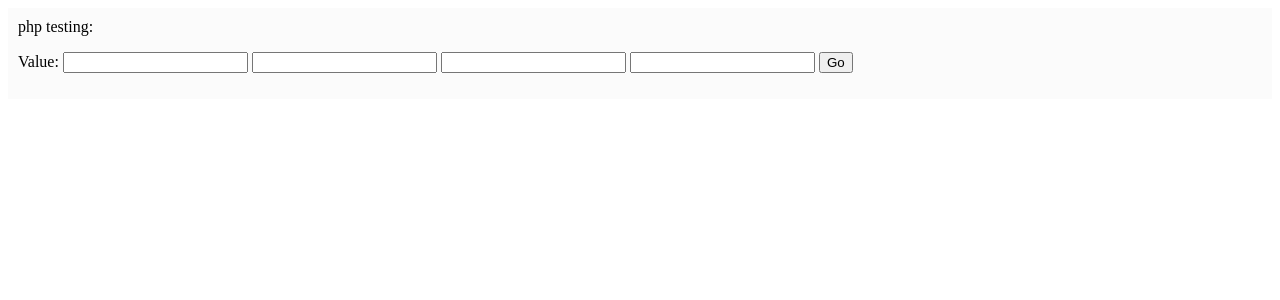
Repository: githubnorm/privat
Page: http://localhost/
An editor plug-in stored every save of this project. The page is shown before and after the next save, followed by the edit.
The browser window is 1280 px wide. The pictures show the whole page.
Some web libraries are served in a nearby version. The page is run by PHP 8.4 with error messages shown; the project is at /var/www/html/. Queries for data that is not in the repository find no rows.

Above is the page before, as saved 2014-08-24 12:57:41.

### php/index.php
<!DOCTYPE HTML PUBLIC "-//W3C//DTD HTML 4.01 Transitional//EN" "http://www.w3.org/TR/html4/loose.dtd">
<html>
<head>
<title>php testing</title>
	<meta http-equiv="Content-Type" content="text/html; charset=UTF-8">
	<link rel="stylesheet" type="text/css" href="css/styles.css">
	<script src="http://ajax.googleapis.com/ajax/libs/jquery/1.11.1/jquery.min.js"></script>
	<script src="js/scripts.js"></script>
</head>
<body>
	<div id="main" style="margin: 0px; padding: 10px; background-color: #FBFBFB;">
		php testing:<br>
		<p>
			<form method="post" action="source/db_insert.php" onSubmit="return ajaxSubmit(this);">
				Value: <input type="text" name="location" />
				<input type="text" name="anfahrt" />
				<input type="text" name="jobs" />
				<input type="text" name="ratings" />
				<input type="submit" name="form_submit" value="Go" />
			</form>
		</p>
		<p>
			<span data-target="hot">
				<!-- db data -->
			</span>
		</p>
	</div>
</body>
</html>

### php/source/db_fetch.php
<?php
	include "db_connection.php";
	include "db_queries.php";
	$db_results = mysql_query($query_companies, $db_connection);

	if($db_results) {
		while ($row = mysql_fetch_array($db_results, MYSQL_NUM)) {
			printf("$row[0], $row[1], $row[2], $row[3], $row[4] [<span onclick='deleteRow($row[0])'>delete</span>]");
			echo "<br>";
		}
	} else {
		echo "Query failed!";
	}
	mysql_close($db_connection);
?>

### php/source/db_connection.php
<?php

	include "db_config.php";

	/* create connection */
	$db_connection=mysql_connect("$host[$db]","$name[$db]","$pw[$db]");

	/* Check connection */
	if ($db_connection) {
		$db_select=mysql_select_db($dbname[$db],$db_connection);
		if (!$db_select) {
			die("database not selected"); exit;
		}
	} else {
		die("connection faild"); exit;
	}

?>

### php/source/db_config.php
<?php

	$db = "test";
	//$db = "live";

	/*test system*/
	$host['test'] = "localhost";
	$name['test'] = "root";
	$pw['test'] = "";
	$dbname['test'] = "jobsearch_test";

	/*live system*/
	$host['live'] = "db540710562.db.1and1.com";
	$name['live'] = "dbo540710562";
	$pw['live'] = "SQLduke2982";
	$dbname['live'] = "db540710562";

?>

### php/source/db_queries.php
<?php

	$query_companies = "
		SELECT *
		FROM `companies`";

	$query_insert_test = "
		INSERT INTO
		`companies`(`location`, `anfahrt`, `job_ids`, `ratings`)
		VALUES ('Hamburg','U-Bahn','3','3')";

?>

### php/css/styles.css
/* cursor */
.busy {
	cursor: wait !important;
}

### php/js/scripts.js
var ajaxSubmit = function(formEl) {
	// fetch where we want to submit the form to
	var url = $(formEl).attr('action');

	// fetch the data for the form
	var data = $(formEl).serializeArray();

	$("*").addClass("busy");
	// setup the ajax request
	$.ajax({
		url: url,
		type: 'POST',
		data: data,
		dataType: 'json'
	}).done(function(rsp) {
		if(rsp.success) {
			loadData();
		}
	}).fail(function() {
		alert( "insert failed!" );
	})

	// return false so the form does not actually
	// submit to the page
	return false;
}

var loadData = function() {
	$.ajax({
		url: 'source/db_fetch.php',
		dataType: 'html',
		cache: false
	}).done(function(response) {
		$("[data-target='hot']").html(response);
		$("*").removeClass("busy");
	}).fail(function() {
		alert( "fetch failed!" );
	})
	return false;
}

var deleteRow = function(id) {
	$("*").addClass("busy");
	$.ajax({
		url: 'source/db_delete.php?company_id='+id,
		dataType: 'json'
	}).done(function(rsp) {
		if(rsp.success) {
			loadData();
		}
	}).fail(function() {
		alert( "delete failed!" );
	})
	return false;
};

$( document ).ready(function() {
	loadData();
});

After the next save:
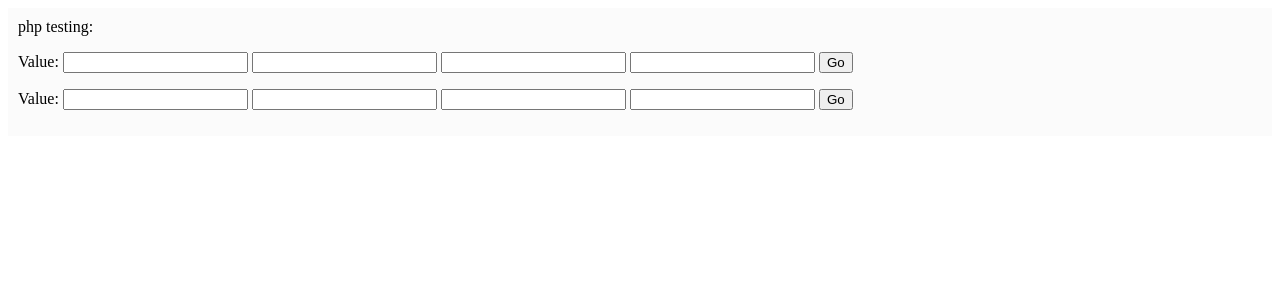
Saved 46 min 56 s later.
--- a/php/index.php
+++ b/php/index.php
@@ -24,6 +24,15 @@
 				<!-- db data -->
 			</span>
 		</p>
+		<p id="form_add" style="display:none">
+			<form method="post" action="source/db_insert.php" onSubmit="return ajaxSubmit(this);">
+				Value: <input type="text" name="location" />
+				<input type="text" name="position" />
+				<input type="text" name="link" />
+				<input type="text" name="company" />
+				<input type="submit" name="form_submit" value="Go" />
+			</form>
+		</p>
 	</div>
 </body>
 </html>
